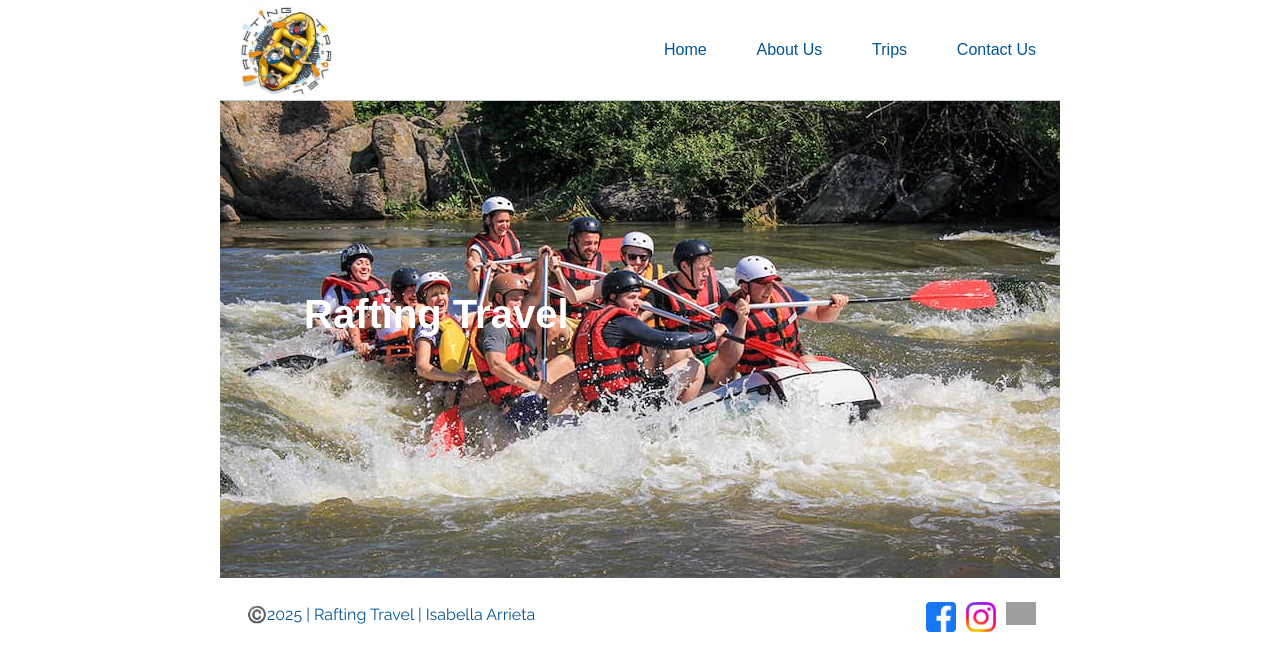
Repository: isaAJ05/wdd130
Page: wwr/index.html
The author's editor kept a copy of each file at every save. The page is drawn from the files as they stood at one save, then again after a run of saves.
The browser window is 1280 px wide. The pictures show the whole page.
Pictures or frames that could not be fetched are drawn as grey boxes. Some web fonts or font styles are not loaded; a fallback is used.

Above is the page before, as saved 2025-06-16 20:01:19.

### wwr/index.html
<!DOCTYPE html>
<html lang="en">
<head>
    <meta charset="UTF-8">
    <meta name="viewport" content="width=device-width, initial-scale=1.0">
    <title>Home-Rafting Travel</title>
    <meta name="description" content="Main page: Rafting Travel">
    <meta name="author" content="Isabella Arrieta">
    <link rel="stylesheet" href="styles/rafting.css">
    <link rel="preconnect" href="https://fonts.googleapis.com">
    <link rel="preconnect" href="https://fonts.gstatic.com" crossorigin>
    <link href="https://fonts.googleapis.com/css2?family=Play:wght@400;700&family=Raleway:ital,wght@0,100..900;1,100..900&display=swap" rel="stylesheet">
</head>
<body>
    <header>
        <img src ="images/z-raftingcompas.jpg" alt="Rafting Company Logo">
    <nav>
        <a href="index.html">Home</a>
        <a href="about.html">About Us</a>
        <a href="trips.html">Trips</a>
        <a href="contact.html">Contact Us</a>
    </nav>
    </header>
    <main>
        <div class="hero">
            <img src="images/rafting10_1024.jpg" alt="Rafting">
            <h1>Rafting Travel</h1>
        </div>
        </main>
    <footer>
        <p>©️2025 | Rafting Travel | Isabella Arrieta</p>
        <nav class="socialmedia">
            <a href="https://www.facebook.com/">
                <img src="images/facebook.webp" alt="Facebook" width="30">
            </a>
            <a href="https://www.instagram.com/">
                <img src="images/instagram.webp" alt="Instagram" width="30">
            </a>
            <a href="https://x.com/home">
                <img src="images/x.webp" alt="X" width="30">
            </a>
        </nav>
    </footer>
</body>
</html>

### wwr/styles/rafting.css
:root {
    --primary-color: #FC9F1C;
    --secondary-color: #FFE77C;
    --accent1-color: #025595;
    --accent2-color: #A6DEF6;
    --heading-font: "Play", sans-serif;
    --body-font: "Raleway", sans-serif;
}

header {
    margin: 1rem auto;
    background-color: #fff;
    color: var(--secondary-color);
    display: grid;
	grid-template-columns: 1fr 1fr;
    align-items: center;
    border-bottom: 1px solid #ccc;

}
header img {
    width: 100px;
    height: auto;
    margin-left: 16px;
}
*{
    margin: 0;
    padding: 0;
    box-sizing: border-box;
}
body {
    font-family: var(--body-font);
    color: var(--accent1-color);
}
 header, main, footer {
    width: 840px;
    margin: 0 auto;
}
h1, h2{
    font-family: var(--heading-font);
    color: var(--accent1-color);
}
p, section, article{
    margin: 16px;
    padding: 8px;
}
.History {
    display: grid;
	grid-template-columns: 1fr 1fr 1fr;
    align-items: center;
    grid-gap: 1px;
}
.History h2{
    grid-column: 1/4;
    text-align: center;

}
.History img{
    width: 100%;
    height: auto;
}
.Adventure {
    display: grid;
    grid-template-columns: 1fr 1fr 1fr 1fr 1fr;
    align-items: center;
    grid-gap: 15px;
}
.Adventure h2{
    grid-column: 1/6;
    text-align: center;
}
.Adventure img{
    width: 100%;
    height: auto;
}
figcaption {
    text-align: center;
}
nav {
    margin: 16px;
    padding: 8px;
    display: flex;
    justify-content: space-between;
	flex: 1 1 auto;

}
nav a {
    text-decoration: none;
    font-family: var(--heading-font);
    color: var(--accent1-color);
}
nav a:hover {
    color: var(--primary-color);
    text-decoration: underline;
}

.socialmedia a{
    text-decoration: none;
}
.socialmedia {
    justify-content: right;
    gap: 10px;
}

.herodiv{
    position: relative;
    margin: 1em auto;

}

.herodiv img{
    display: block;
    width: 100%;
    height: auto;
}

.herodiv h1{
    position: absolute;
    top: 20px;
    width: 100%;
    padding: 16px;
    text-align: center;
    opacity: 0.9;
    background-color: var(--accent1-color);
    color: #ffffff;

}

.herodiv article{
    position: absolute;
    top: 150px;
    left: 5px;
    width: 800px;
    opacity: 0.9;
    background-color: var(--accent1-color);
    color: #ffffff;
}
.herodiv article img{
    float: right;
    width: 230px;
    padding: 8px;
}
footer {
    display: flex;

}
footer p {
    margin: 19px;
    padding: 8px;

}
.rectangle-3 {
	width: 840px;
	height: 159px;
	padding: 8px 8px 8px 8px;
	background:var(--accent1-color);
    margin: 0 auto;
    display: flex;
    flex-direction: column;
    align-items: center;
    justify-content: center;
	border-radius: 3px 3px 3px 3px;

}
.rectangle-3 .header-3 {
    width: 463px;
	height: 36px;
	color: #FFFFFF;
	font-family: var(--heading-font);
	font-weight: 700;
	font-size: 30px;
	line-height: 1.2;
	text-align: center;
}
.we-love-questions-and-feedback-and-we-re-always- {
	width: 418px;
	height: 44px;
	color: #FFFFFF;
	font-family: var(--body-font);
	font-weight: 400;
	font-size: 13px;
	line-height: 1.4;
	text-align: center;
}
.rectangle-4 {
	width: 840px;
	height: 348px;
	background: #FFFFFF;
	border-radius: 3px 3px 3px 3px;
    display: flex;
    align-items: flex-start;
}
.column-text{
    flex:1;
    padding: 20px;
    align-items: center;
}
.column-text .block{
    flex:1;
}

.column-map {
    flex: 1;
    text-align: right;;
}

.column-map iframe {
	max-width: 463px;
	height: 348px;
	background: #00000000;

}


.header-14 {
	width: 223px;
	color: var(--accent1-color);
	font-family: var(--body-font);
	font-weight: 700;
	font-size: 24px;
	line-height: 1.2;
    text-align: left;
    margin-top: 34px;
}
.jackson-wyoming-ee-uu- {

    margin-top: 35px;
	color: var(--accent1-color);
	font-family: var(--body-font);
	font-weight: 600;
	font-size: 16px;
	line-height: 1.1;
	text-align: left;
    padding-left: 6px;
}


.address-phone-and-email {
    margin-top: 20px;
	color: var(--accent1-color);
	font-family: var(--body-font);
	font-weight: 400;
	font-size: 11px;
	line-height: 1.5;
	text-align: left;
}
.address-phone-and-email img {
	width: 18px;
	height: 18px;
}
.address-phone-and-email figure {
    display: flex;
    gap: 10px;
    margin: 0;
    margin-top: 10px;
}



.rectangle-5 {
	width: 840px;
	height: 240px;
    padding: 20px 20px 20px 20px;
	background: var(--accent1-color);
	border-radius: 3px 3px 3px 3px;
    display: grid;
    grid-template-columns: 1fr 1fr 1fr;
    align-items: center;
    justify-items: center;
}
.rectangle-5 img {
	width: 120px;
	height: 135px;
	background: #00000000;
}

.rectangle-5 figcaption {
	width: 111px;
	height: 15px;
	color: #FFFFFF;
	font-family: var(--body-font);
	font-weight: 500;
	font-size: 14px;
	line-height: 1.1;
	text-align: center;
}

.header-16 {
	width: 223px;
	height: 48px;
	color: #FFFFFF;
	font-family: var(--heading-font);
	font-weight: 700;
	font-size: 24px;
	line-height: 1.2;
	text-align: center;
    grid-column: 1/4;
    margin: 0 auto;
}

.rectangle-6 {
	width: 840px;
	height: 551px;
	padding: 8px 8px 8px 8px;
	background: #EDF0F4;
	border-radius: 3px 3px 3px 3px;
}
.rectangle-6 h2{
    margin-top: 48px;
	color: #3B4754;
	font-family: var(--heading-font);
	font-weight: 700;
	font-size: 24px;
	line-height: 1.2;
	text-align: center;
}

.rectangle-6 p {
	color: #4f6278;
	font-family: var(--body-font);
	font-weight: 400;
	font-size: 13px;
	line-height: 1.5;
	text-align: center;
}

.rectangle-6 .row {
    display: flex;
    gap: 20px;
    align-items: center;
    justify-content: center;
    padding-top: 16px;
    padding-bottom: 16px;

}

.rectangle-6 .form-title {
    display: flex;
    flex-direction: column;

}
.rectangle-6 .form-title label{
	width: 31px;
	height: 12px;
	color: #3B4754;
	font-family: var(--body-font);
	font-weight: 700;
	font-size: 11px;
	line-height: 1.1;
	text-align: left;
}
.rectangle-6 .form-title input{
	width: 225px;
	height: 28px;
	background: #FFFFFF;
	color: #9FAFC1;
	border-color: #C9D3DD;
	border-width: 2px;
	border-style: solid;
	border-radius: 4px 4px 4px 4px;
	font-family: var(--body-font);
	font-weight: 400;
	font-size: 12px;
	text-align: left;
    margin-top: 4px;
}
.rectangle-6 .title label{
	width: 31px;
	height: 12px;
	color: #3B4754;
	font-family: var(--body-font);
	font-weight: 700;
	font-size: 11px;
	line-height: 1.1;
	text-align: left;
    padding-left: 176px;
}
.radio{
    padding-left: 176px;

}

input[type="radio"]{
	background: #FFFFFF;
	border-color: #C9D3DD;
	border-width: 1.5px;
	border-style: solid;
}
.radio label {
    font-family: var(--body-font);
	font-weight: normal;
	font-size: 12px;
	text-align: left;
    color: #232323;
}
.rectangle-6 .textarea {
    display: flex;
    flex-direction: column;
    align-items: center;
    justify-content: center;
}
.rectangle-6 .textarea textarea {
    width: 469px;
	height: 99px;
	background: #FFFFFF;
	color: #000000;
	border-color: #C9D3DD;
	border-width: 2px;
	border-style: solid;
	border-radius: 4px 4px 4px 4px;
	font-family: var(--body-font);
	font-weight: 400;
	font-size: 12px;
	text-align: left;

}
.check {
    padding-left: 260px;
    padding-top: 20px;
    padding-bottom: 16px;
}
.check checkbox {
	width: 371px;
	height: 19px;
	background: #FFFFFF;
	border-color: #C9D3DD;
	border-width: 1.5px;
	border-style: solid;

}

.check label{
    font-family: var(--body-font);
	font-weight: normal;
	font-size: 12px;
	text-align: left;
	color: #4f6278;;
}
.send {
    padding-left: 360px;
}
.rectangle-6 button {
	width: 100px;
	height: 28px;
	padding: 0px 10px 0px 10px;
	background: var(--accent1-color);
	color: #FFFFFF;
	border-color: #3B4754;
	border-width: 1px;
	border-style: solid;
	border-radius: 2px 2px 2px 2px;
	font-family: var(--body-font);
	font-weight: 700;
	font-size: 10px;
	text-align: center;

}
.rectangle-6 button:hover {
    background: var(--primary-color);
    color: #fff;
    cursor: pointer;
}
.hero {
  position: relative;
}
.hero img {
  width: 100%;
  display: block;
}
.hero h1 {
  position: absolute;
  top: 40%;
  left: 10%;
  color: white;
  font-size: 2.5rem;
}

After the next 2 saves:
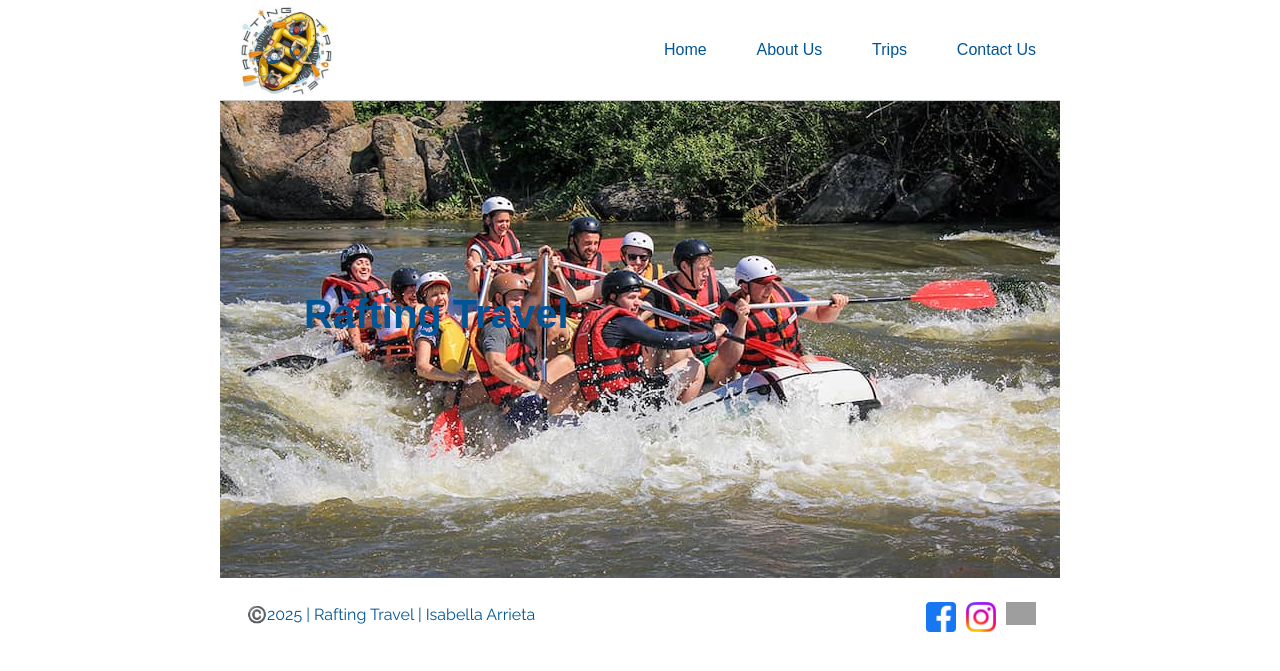
The 2 saves are shown as one change because they came seconds apart.
The last was saved 64 s later.
--- a/wwr/styles/rafting.css
+++ b/wwr/styles/rafting.css
@@ -470,6 +470,6 @@
   position: absolute;
   top: 40%;
   left: 10%;
-  color: white;
+  color: var;
   font-size: 2.5rem;
 }

After the 2 saves that followed:
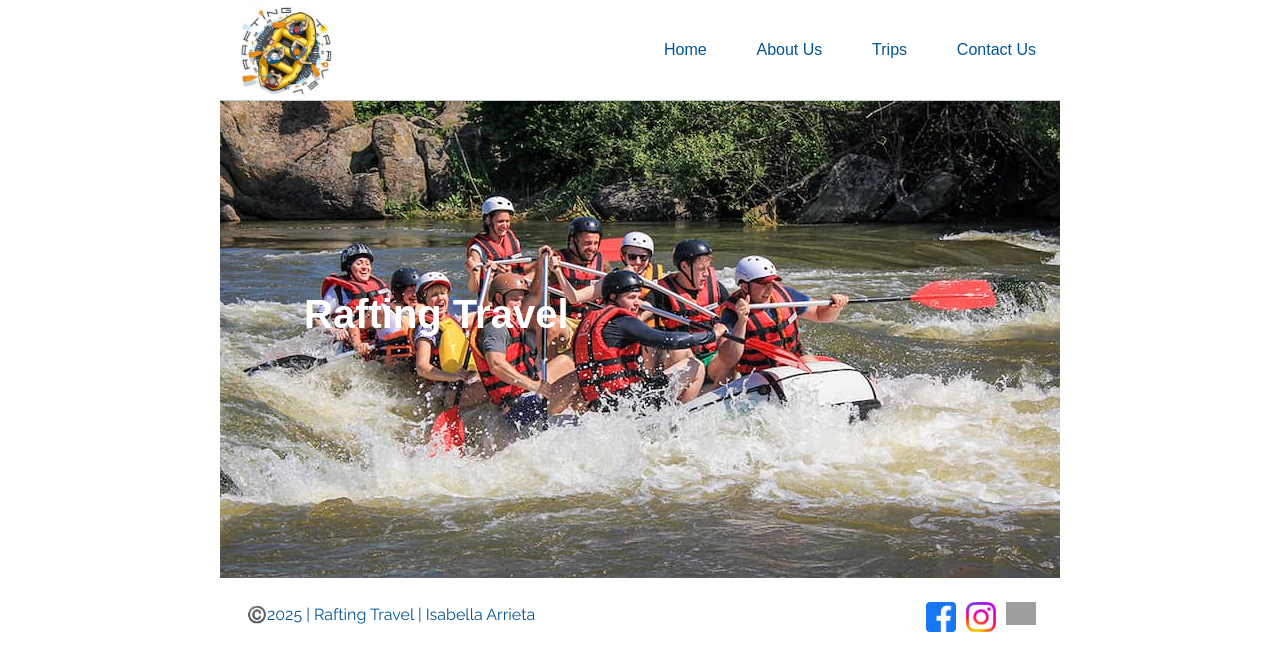
The 2 saves are shown as one change because 1 left the picture as it was.
The last was saved 37 s later.
--- a/wwr/styles/rafting.css
+++ b/wwr/styles/rafting.css
@@ -470,6 +470,6 @@
   position: absolute;
   top: 40%;
   left: 10%;
-  color: var;
+  color: white;
   font-size: 2.5rem;
 }
